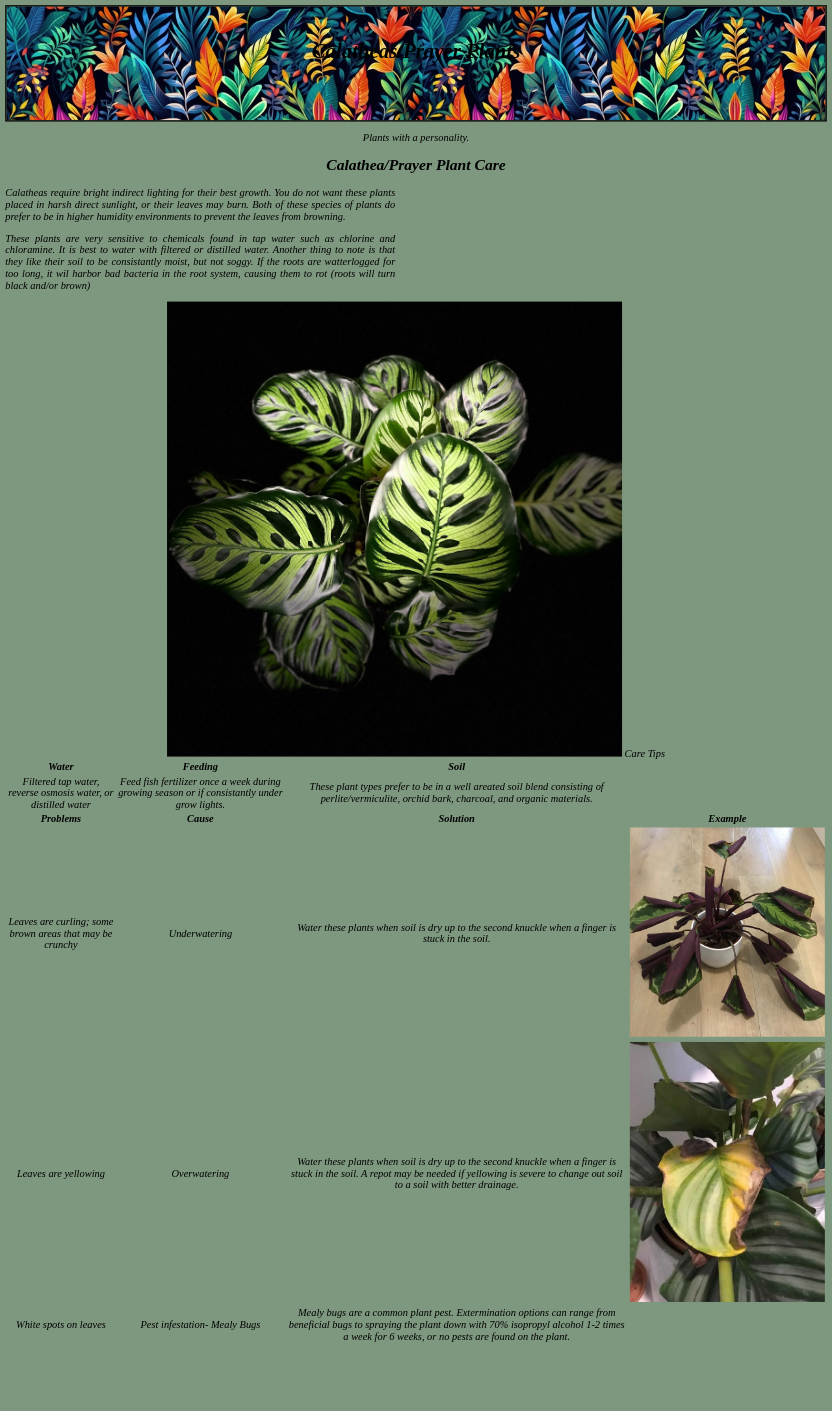
Repository: swillis91/odin-recipies
Page: Planty Page/calatheas.html
The author's editor kept a copy of each file at every save. The page is drawn from the files as they stood at one save, then again after the next save.
The browser window is 1280 px wide. The pictures show the whole page, at 65% of full size.

Above is the page before, as saved 2023-08-11 00:10:47.

### Planty Page/calatheas.html
<!DOCTYPE html>
    <html>
        <head>
            <title>Calatheas</title>
            <link href="style.css" rel="stylesheet"
        </head>
        <body>
            <h1 class="heading">Calatheas/Prayer Plants</h1>
              <p>Plants with a personality.</p>
            <h2>Calathea/Prayer Plant Care</h2>
              <p class="care">Calatheas require bright indirect lighting for their best growth. You do not want these plants placed in harsh direct sunlight, or their leaves may burn. Both of these species of plants do prefer to be in higher humidity environments to prevent the leaves from browning.</p>
              <p class="care">These plants are very sensitive to chemicals found in tap water such as chlorine and chloramine. It is best to water with filtered or distilled water. Another thing to note is that they like their soil to be consistantly moist, but <em>not</em> soggy. If the roots are watterlogged for too long, it wil harbor bad bacteria in the root system, causing them to rot (roots will turn black  and/or brown)</p>
                <img src="./Images/makoyana.webp" id="calathea makoyana" width="700px">
            <thead>Care Tips</thead>
            <table>
                <tr>
                    <th>Water</th>
                    <th>Feeding</th>
                    <th>Soil</th>
                </tr>
                <tr>
                    <td>Filtered tap water, reverse osmosis water, or distilled water</td>
                    <td>Feed fish fertilizer once a week during growing season or if consistantly under grow lights.</td>
                    <td>These plant types prefer to be in a well areated soil blend consisting of perlite/vermiculite, orchid bark, charcoal, and organic materials.</td>
                </tr>
                <tr>
                    <th>Problems</th>
                    <th>Cause</th>
                    <th>Solution</th>
                    <th>Example</th>
                </tr>
                <tr>
                    <td>Leaves are curling; some brown areas that may be crunchy</td>
                    <td>Underwatering</td>
                    <td>Water these plants when soil is dry up to the second knuckle when a finger is stuck in the soil.</td>
                    <td><img src='./Images/underwateredcalathea.jpg' width="300px"> </td>
                </tr>
                <tr>
                    <td>Leaves are yellowing</td>
                    <td>Overwatering</td>
                    <td>Water these plants when soil is dry up to the second knuckle when a finger is stuck in the soil. A repot may be needed if yellowing is severe to change out soil to a soil with better drainage.</td>
                    <td><img src="./Images/overwateredcalathea.webp" width="300px"> </td>
                </tr>
                <tr>
                    <td>White spots on leaves</td>
                    <td>Pest infestation- Mealy Bugs</td>
                    <td>Mealy bugs are a common plant pest. Extermination options can range from beneficial bugs to spraying the plant down with 70% isopropyl alcohol 1-2 times a week for 6 weeks, or no pests are found on the plant.</td>
                    <td><img src="" </td>
                </tr>
            </table>
        </body>
    </html>

### Planty Page/style.css
body{
    background-color: rgb(126, 152, 127);
    color:black;
    text-align: center;
    font-family:cursive;
    font-style: oblique;
}

.heading{
    color: rgba(0, 0, 0, 0.974);
    border: 2px solid rgb(0, 3, 3);
    background-image: url('Images/banner.jpg');
    height: 75px;
    margin: 0 auto;
    padding:50px 20px;

}

.care{
    text-align: justify;
    width: 600px;

}

#calathea-makoyana{
    width: 500px;
    Height: auto:
}

table{

}

After the next save:
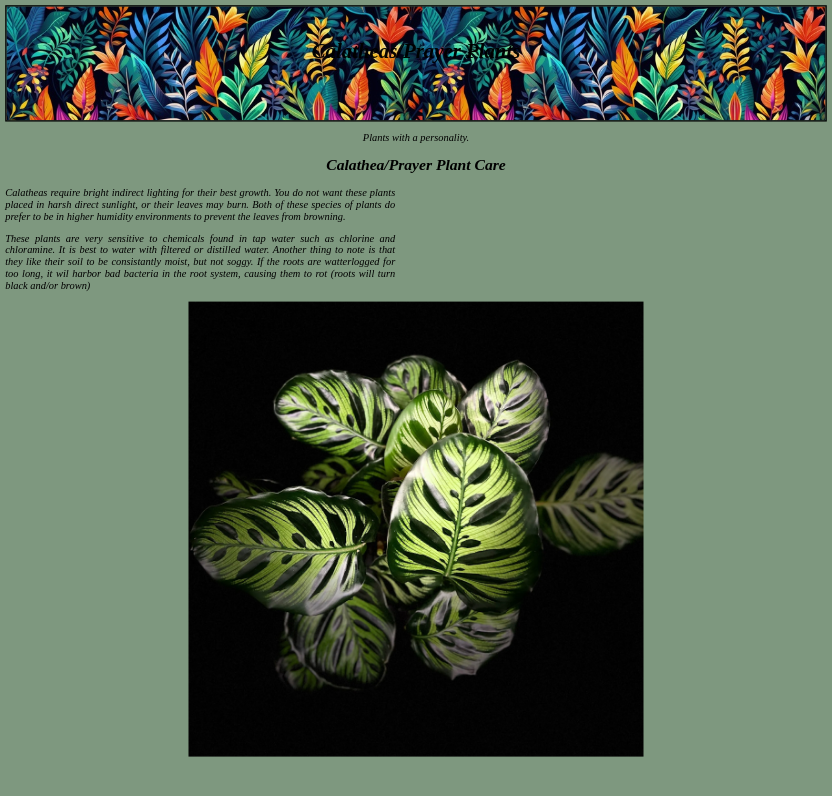
Saved 32 s later.
--- a/Planty Page/calatheas.html
+++ b/Planty Page/calatheas.html
@@ -11,41 +11,7 @@
               <p class="care">Calatheas require bright indirect lighting for their best growth. You do not want these plants placed in harsh direct sunlight, or their leaves may burn. Both of these species of plants do prefer to be in higher humidity environments to prevent the leaves from browning.</p>
               <p class="care">These plants are very sensitive to chemicals found in tap water such as chlorine and chloramine. It is best to water with filtered or distilled water. Another thing to note is that they like their soil to be consistantly moist, but <em>not</em> soggy. If the roots are watterlogged for too long, it wil harbor bad bacteria in the root system, causing them to rot (roots will turn black  and/or brown)</p>
                 <img src="./Images/makoyana.webp" id="calathea makoyana" width="700px">
-            <thead>Care Tips</thead>
-            <table>
-                <tr>
-                    <th>Water</th>
-                    <th>Feeding</th>
-                    <th>Soil</th>
-                </tr>
-                <tr>
-                    <td>Filtered tap water, reverse osmosis water, or distilled water</td>
-                    <td>Feed fish fertilizer once a week during growing season or if consistantly under grow lights.</td>
-                    <td>These plant types prefer to be in a well areated soil blend consisting of perlite/vermiculite, orchid bark, charcoal, and organic materials.</td>
-                </tr>
-                <tr>
-                    <th>Problems</th>
-                    <th>Cause</th>
-                    <th>Solution</th>
-                    <th>Example</th>
-                </tr>
-                <tr>
-                    <td>Leaves are curling; some brown areas that may be crunchy</td>
-                    <td>Underwatering</td>
-                    <td>Water these plants when soil is dry up to the second knuckle when a finger is stuck in the soil.</td>
-                    <td><img src='./Images/underwateredcalathea.jpg' width="300px"> </td>
-                </tr>
-                <tr>
-                    <td>Leaves are yellowing</td>
-                    <td>Overwatering</td>
-                    <td>Water these plants when soil is dry up to the second knuckle when a finger is stuck in the soil. A repot may be needed if yellowing is severe to change out soil to a soil with better drainage.</td>
-                    <td><img src="./Images/overwateredcalathea.webp" width="300px"> </td>
-                </tr>
-                <tr>
-                    <td>White spots on leaves</td>
-                    <td>Pest infestation- Mealy Bugs</td>
-                    <td>Mealy bugs are a common plant pest. Extermination options can range from beneficial bugs to spraying the plant down with 70% isopropyl alcohol 1-2 times a week for 6 weeks, or no pests are found on the plant.</td>
-                    <td><img src="" </td>
+
                 </tr>
             </table>
         </body>
